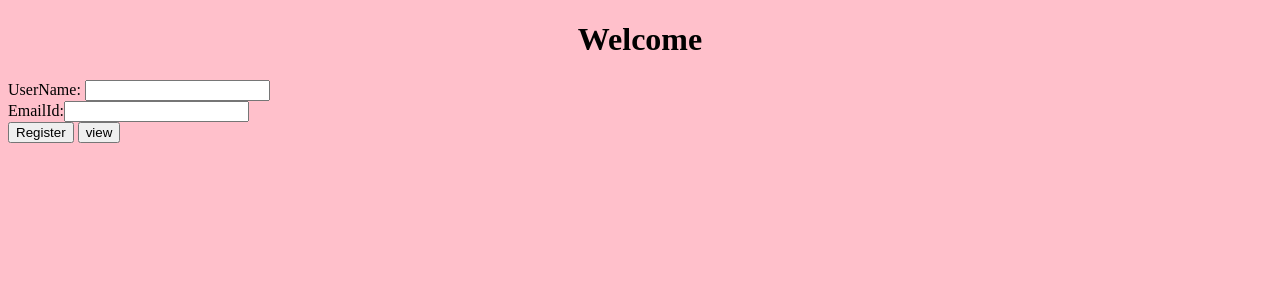
Repository: madhu124/Youtube-demo
Page: CustomerRegistration/WebContent/Index.html
These files come from the project's save history. The page is drawn as it stood at one moment and after the next save; the edit follows.
The browser window is 1280 px wide. The pictures show the whole page.

Above is the page before, as saved 2017-06-01 15:42:16.

After the next save:
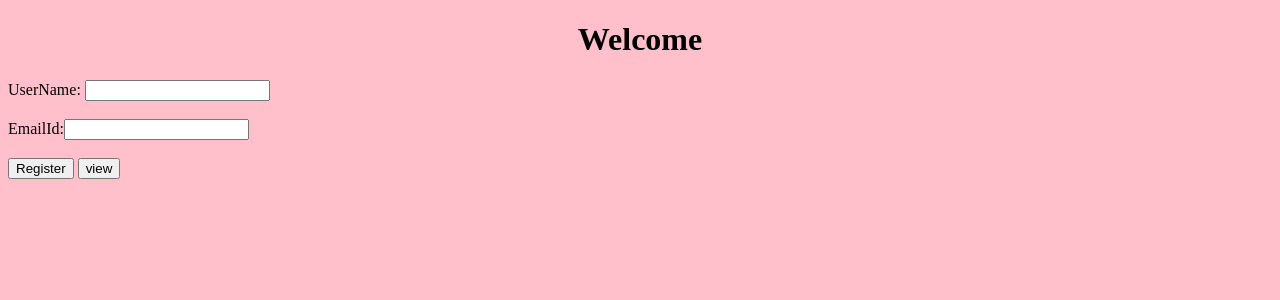
Saved 74 s later.
--- a/CustomerRegistration/WebContent/Index.html
+++ b/CustomerRegistration/WebContent/Index.html
@@ -18,9 +18,10 @@ h1 {
 		<h1>Welcome</h1>
 	</center>
 	<form action="servlet1">
-		UserName: <input type="text" name="uname"> <br> EmailId:<input
-			type="email" name="email"> <br> <input type="submit"
-			value="Register"> <input type="submit" value="view">
+		UserName: <input type="text" name="uname"> <br></br>
+		EmailId:<input type="email" name="email"> <br></br>
+		<input type="submit" value="Register">
+		<input type="submit" value="view">
 	</form>
 </body>
 
